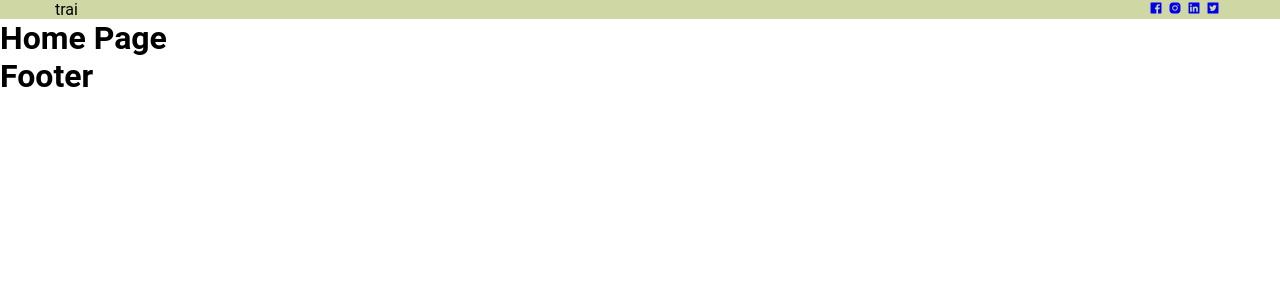
Repository: anhcanh1007/show_product
Page: /
The author's editor kept a copy of each file at every save. The page is drawn from the files as they stood at one save, then again after a run of saves.
The browser window is 1280 px wide. The pictures show the whole page.
The project was rebuilt for these pictures with package versions that can differ from the ones it lists, and the page was loaded fresh each time. Imported but missing from the stored project, and not drawn on this page: src/pages/user/profilePage.

Above is the page before, as saved 2024-01-25 13:53:30.

After the next 3 saves:
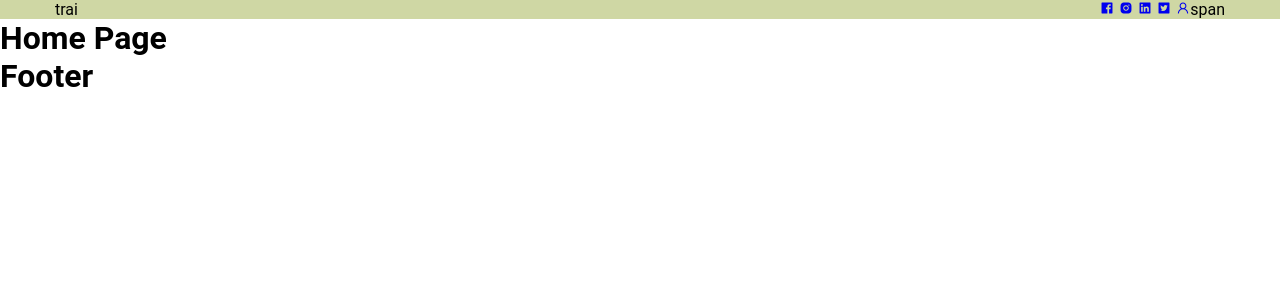
The 3 saves are shown as one change because 1 did not build or start and some came seconds apart.
The last was saved 20 s later.
--- a/src/pages/user/theme/header/index.js
+++ b/src/pages/user/theme/header/index.js
@@ -4,6 +4,7 @@ import {
   AiFillInstagram,
   AiFillLinkedin,
   AiFillTwitterSquare,
+  AiOutlineUser,
 } from "react-icons/ai";
 import "./style.scss";
 import { Link } from "react-router-dom";
@@ -39,8 +40,9 @@ const Header = () => {
                 </li>
                 <li>
                   <Link to={""}>
-
+                    <AiOutlineUser />
                   </Link>
+                  span
                 </li>
               </ul>
             </div>
